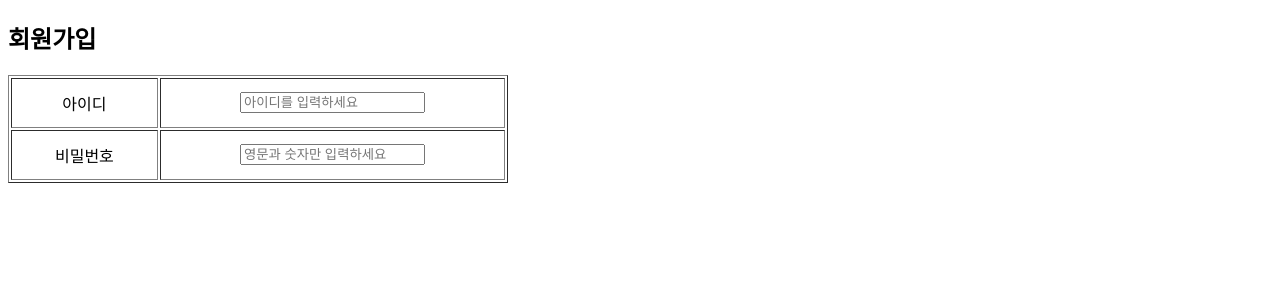
Repository: junirang330/Jsp2026
Page: http://localhost/chapter01/Request/Requestjoin.jsp
These files come from the project's save history. The page is drawn as it stood at one moment and after the next save; the edit follows.
The browser window is 1280 px wide. The pictures show the whole page.
The page is served by Tomcat 9.

Above is the page before, as saved 2026-10-19 06:35:04.

### chapter01/src/main/webapp/Request/Requestjoin.jsp
<%@ page language="java" contentType="text/html; charset=UTF-8"
    pageEncoding="UTF-8" import = "java.util.*" %>
<!DOCTYPE html>
<html>
<head>
<meta charset="UTF-8">
<title>회원가입</title>
</head>
<body>
	<div class="container02">
		<h2>회원가입</h2>
		<form action="RequestjoinProc.jsp" method = "post">
			<table width="500" border="1">
				<tr height = "50">
					<td align = "center" width = "150">아이디</td>
					<td align = "center" width = "350">
						<input type = "text" name = "id" placeholder = "아이디를 입력하세요"/>
					</td>
				</tr>
				<tr height = "50">
					<td align = "center" width = "150">비밀번호</td>
					<td align = "center" width = "350">
						<input type = "password" name = "pass" placeholder = "영문과 숫자만 입력하세요"/>
					</td>

				</tr>
			</table>
		</form>
	</div>

</body>
</html>

After the next save:
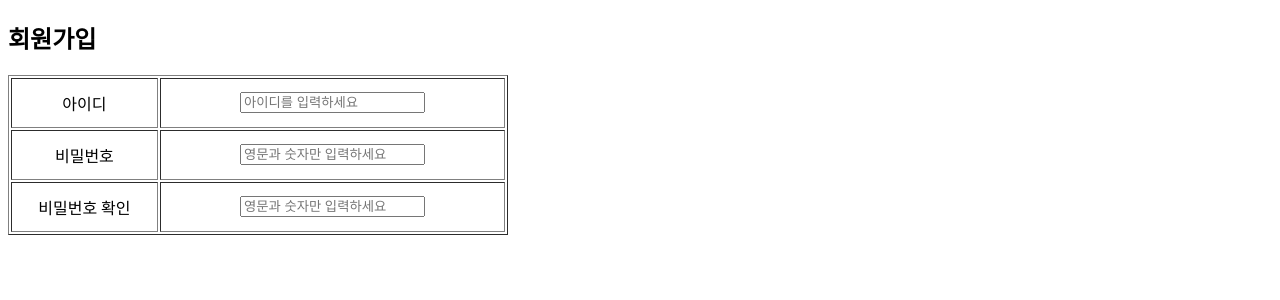
Saved 45 s later.
--- a/chapter01/src/main/webapp/Request/Requestjoin.jsp
+++ b/chapter01/src/main/webapp/Request/Requestjoin.jsp
@@ -24,6 +24,13 @@
 					</td>
 
 				</tr>
+				<tr height = "50">
+					<td align = "center" width = "150">비밀번호 확인</td>
+					<td align = "center" width = "350">
+						<input type = "password" name = "passchk" placeholder = "영문과 숫자만 입력하세요"/>
+					</td>
+
+				</tr>
 			</table>
 		</form>
 	</div>
